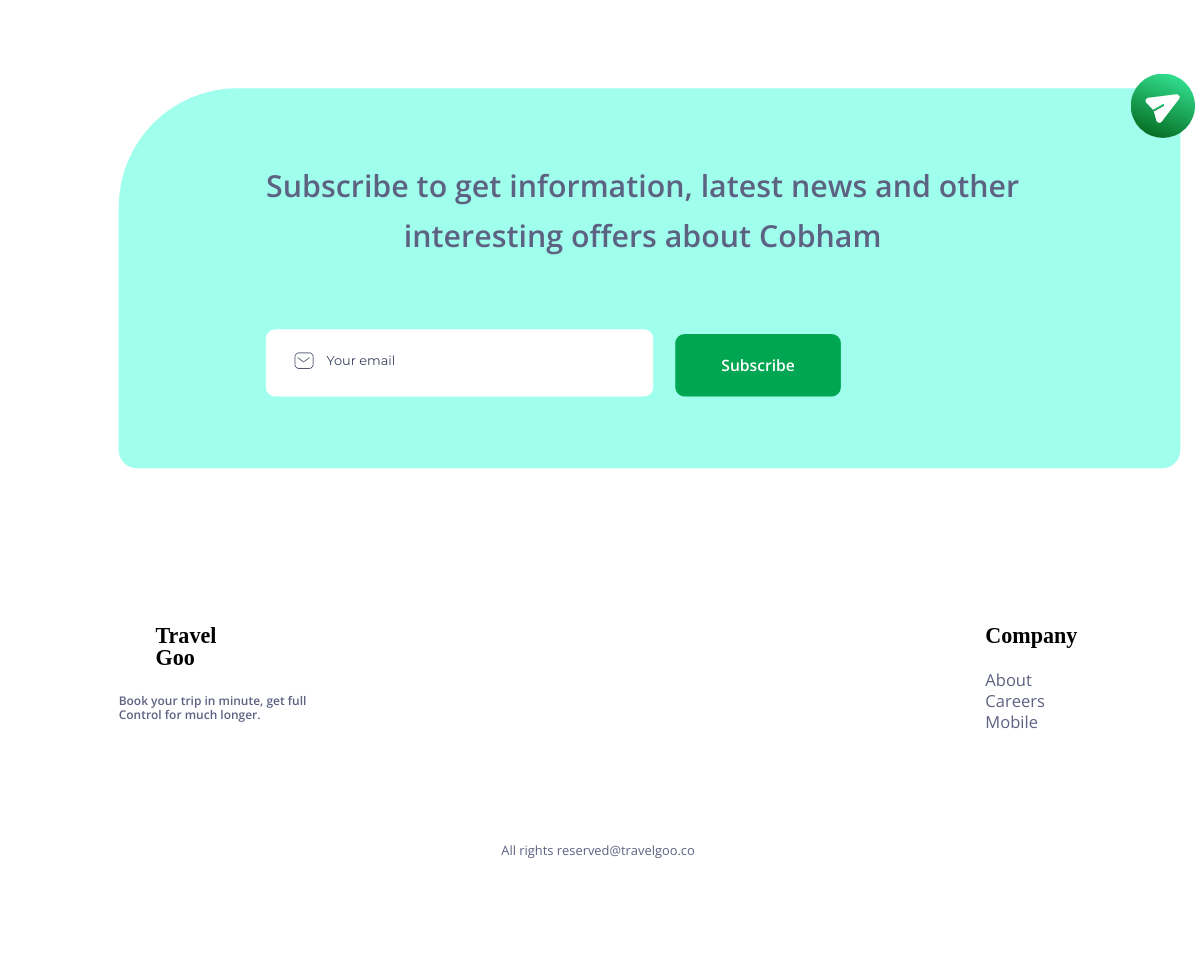
Repository: HeybetzadeQedim/task-5
Page: index.html
The author's editor kept a copy of each file at every save. The page is drawn from the files as they stood at one save, then again after the next save.
The browser window is 1280 px wide. The page is 1299 px wide, so the pictures cover 1299 px, including what lies to the right of the window. The pictures show the whole page, at 92% of full size.
Some web fonts or font styles are not loaded; a fallback is used.

Above is the page before, as saved 2023-10-16 16:00:07.

After the next save:
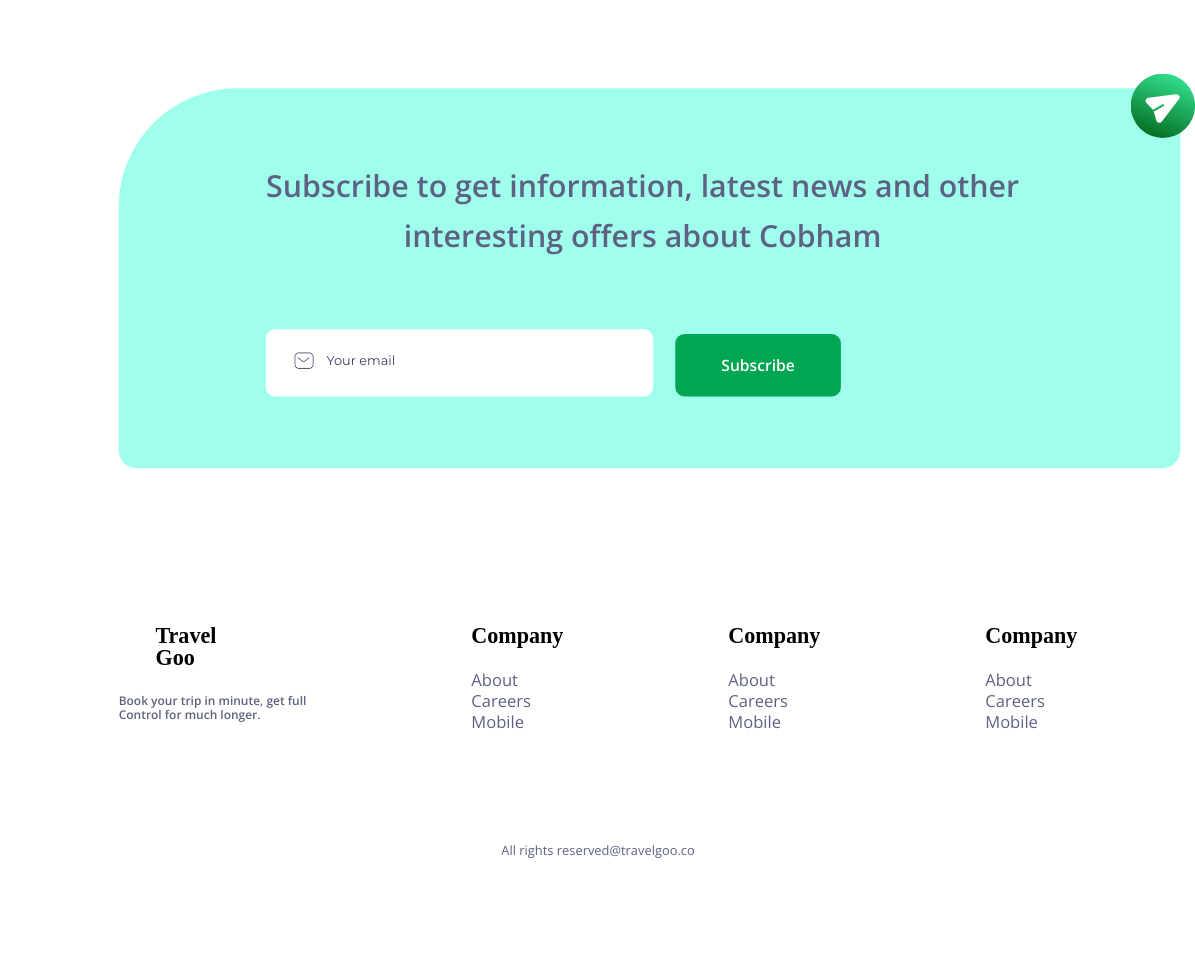
Saved 13 s later.
--- a/index.html
+++ b/index.html
@@ -51,6 +51,18 @@
               <li>Mobile</li>
             </ul>
 
+            <ul>
+                <h2>Company</h2>
+              <li>About</li>
+              <li>Careers</li>
+              <li>Mobile</li>
+            </ul>
+            <ul>
+                <h2>Company</h2>
+              <li>About</li>
+              <li>Careers</li>
+              <li>Mobile</li>
+            </ul>
           <!-- <div class="li-container-2">
             <ul>
               <li>About</li>
